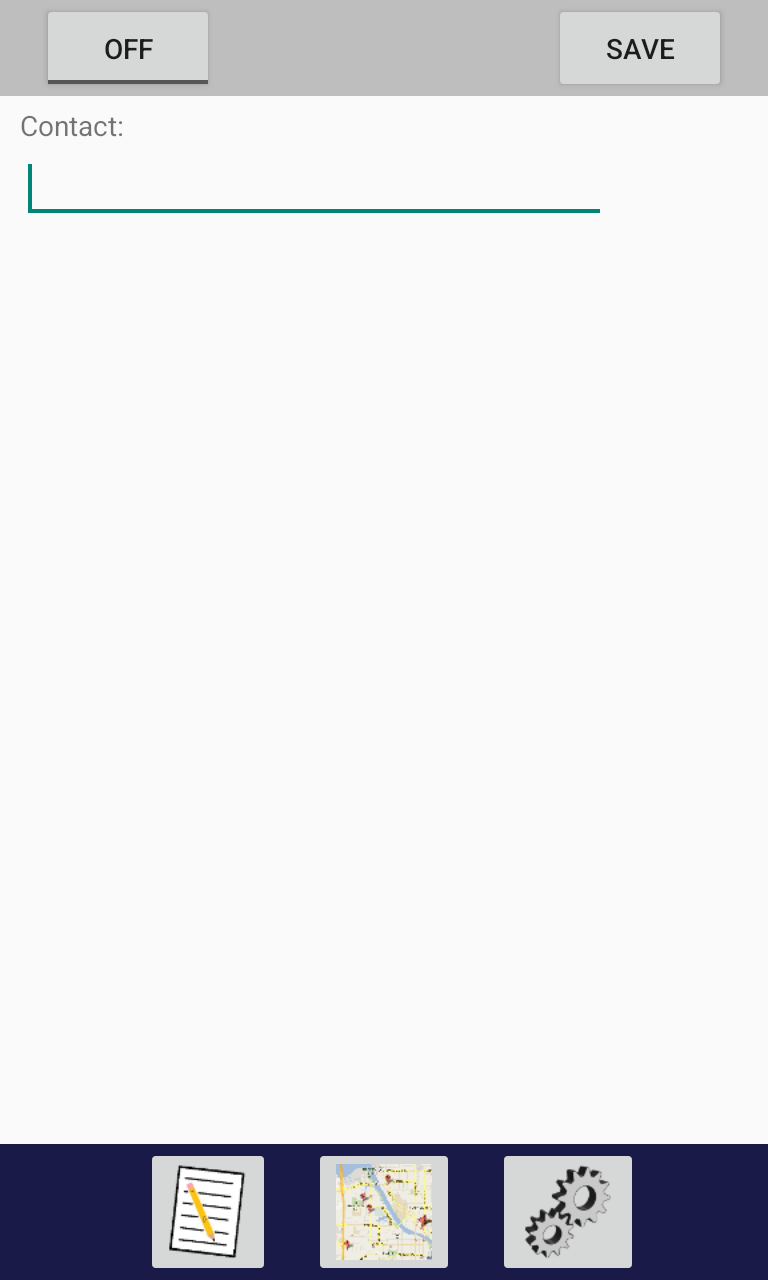
Repository: MobileApps-Cascadia/JenniferBronson_ExercisesChapter5
Layout: MyContactList/res/layout/activity_contact.xml
These files come from the project's save history. The layout is drawn as it stood at one moment and after a run of saves; the edit follows.
It is drawn on a 768 x 1280 px phone screen (xhdpi) without system bars, with theme AppTheme; the app's code is not run.

Above is the layout before, as saved 2014-04-26 21:26:24.

After the next 4 saves:
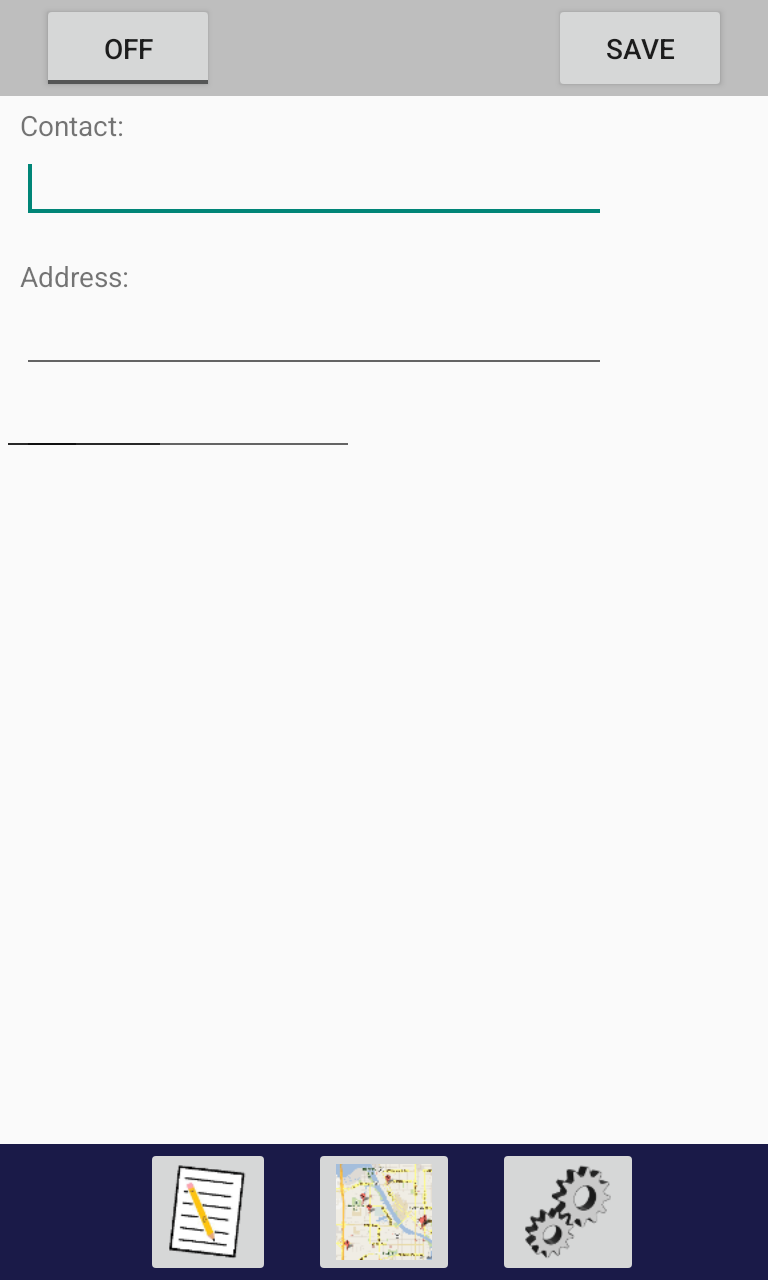
The 4 saves are shown as one change because 3 did not build or start.
The last was saved 33 min 25 s later.
--- a/MyContactList/res/layout/activity_contact.xml
+++ b/MyContactList/res/layout/activity_contact.xml
@@ -105,6 +105,66 @@
                 <requestFocus/>
             </EditText>
 
+            <TextView
+                android:id="@+id/textAddress"
+                android:layout_width="wrap_content"
+                android:layout_height="wrap_content"
+                android:layout_alignParentLeft="true"
+                android:layout_below="@+id/editName"
+        		android:layout_marginLeft="10dp"
+        		android:layout_marginTop="15dp"
+        		android:text="Address:"
+        		android:textApperance="?android:attr/textAppearanceSmall"/>
+
+            <EditText android:id="@+id/editAddress"
+                android:layout_width="wrap_content"
+                android:layout_height="wrap_content"
+                android:layout_alignParentLeft="true"
+                android:layout_marginLeft="10dp"
+                android:layout_below="@+id/textAddress"
+                android:ems="14"
+                android:imeOptions="actionNext"
+                android:inputType="textCapWords">
+            </EditText>
+
+        <EditText android:id="@+id/editCity"
+                android:layout_width="wrap_content"
+                android:layout_height="wrap_content"
+                android:layout_alignParentLeft="true"
+                android:layout_marginLeft="10dp"
+                android:layout_below="@+id/editAddress"
+                android:ems="8"
+                android:imeOptions="actionNext"
+                android:nextFocusDown="@+id/editState"
+                android:inputType="textCapWords">
+            </EditText>
+
+        <EditText android:id="@+id/editState"
+                android:layout_width="wrap_content"
+                android:layout_height="wrap_content"
+                android:ems="2"
+                android:layout_ToRightOf="@+id/editCity"
+                android:layout_alignBottom="@+id/editCity"
+                android:maxLength="2"
+                android:imeOptions="actionNext"
+                android:nextFocusDown="@+id/editZipCode"
+                android:inputType="textCapCharacters">
+            </EditText>
+
+        <EditText android:id="@+id/editZipcode"
+                android:layout_width="wrap_content"
+                android:layout_height="wrap_content"
+                android:ems="4"
+                android:layout_ToRightOf="@+id/editState"
+                android:layout_alignBottom="@+id/editState"
+                android:maxLength="5"
+                android:imeOptions="actionNext"
+                android:nextFocusDown="@+id/editHome"
+                android:inputType="numberSigned">
+            </EditText>
+
+
+
         </RelativeLayout>
     </ScrollView>
 
